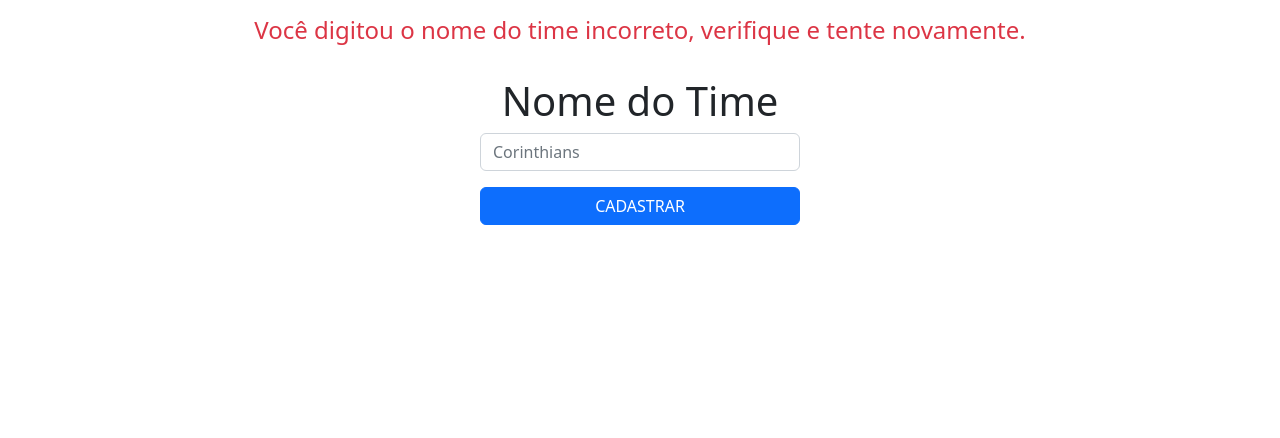
Repository: ricardodamaceno/Coeficiente-de-Variacao-de-Gols
Page: http://localhost/add-erro
The author's editor kept a copy of each file at every save. The page is drawn from the files as they stood at one save, then again after the next save.
The browser window is 1280 px wide. The pictures show the whole page.
The page is this project's Thymeleaf template; nobody is signed in. The template is opened directly, without the code that normally fills it, so the values that code supplies are empty.

Above is the page before, as saved 2022-09-20 18:23:58.

### aposta-tozo/src/main/resources/templates/add-erro.html
<!DOCTYPE html>
<html xmlns:th="http://www.thymeleaf.org">
<head>
<meta name="viewport"
	content="width = device-width, initial-scale = 1, shrink-to-fit = no">
<!-- CSS only -->
<link
	href="https://cdn.jsdelivr.net/npm/bootstrap@5.2.1/dist/css/bootstrap.min.css"
	rel="stylesheet"
	integrity="sha384-iYQeCzEYFbKjA/T2uDLTpkwGzCiq6soy8tYaI1GyVh/UjpbCx/TYkiZhlZB6+fzT"
	crossorigin="anonymous">
<title>Apostas Esportivas</title>
</head>

<body>
<h4 class="mb-3 mt-3 text-center text-danger">Você digitou o nome do time incorreto, verifique e tente novamente.</h4>
<div class="col-md-3 rounded mx-auto d-block">
	<form method="post" action="/add">
		<div class="mb-3 text-center">
			<label for="exampleInputEmail1" class="form-label mt-3 h1">Nome do Time</label>
			<input type="text" placeholder="Corinthians" class="form-control" name="nomeTime">
		</div>
		<button type="submit" class="btn btn-primary rounded mx-auto d-block col-md-12">CADASTRAR</button>
	</form>
</div>
</body>
</html>

After the next save:
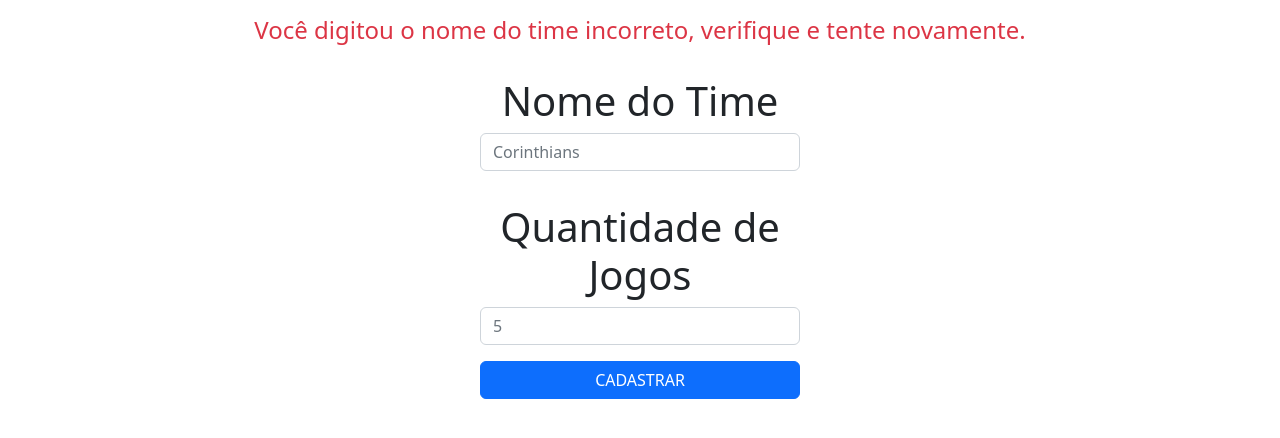
Saved 5 min 57 s later.
--- a/aposta-tozo/src/main/resources/templates/add-erro.html
+++ b/aposta-tozo/src/main/resources/templates/add-erro.html
@@ -20,6 +20,10 @@
 			<label for="exampleInputEmail1" class="form-label mt-3 h1">Nome do Time</label>
 			<input type="text" placeholder="Corinthians" class="form-control" name="nomeTime">
 		</div>
+		<div class="mb-3 text-center">
+			<label for="exampleInputEmail1" class="form-label mt-3 h1">Quantidade de Jogos</label>
+			<input type="number" placeholder="5" class="form-control" name="jogosAnalisados">
+		</div>
 		<button type="submit" class="btn btn-primary rounded mx-auto d-block col-md-12">CADASTRAR</button>
 	</form>
 </div>
